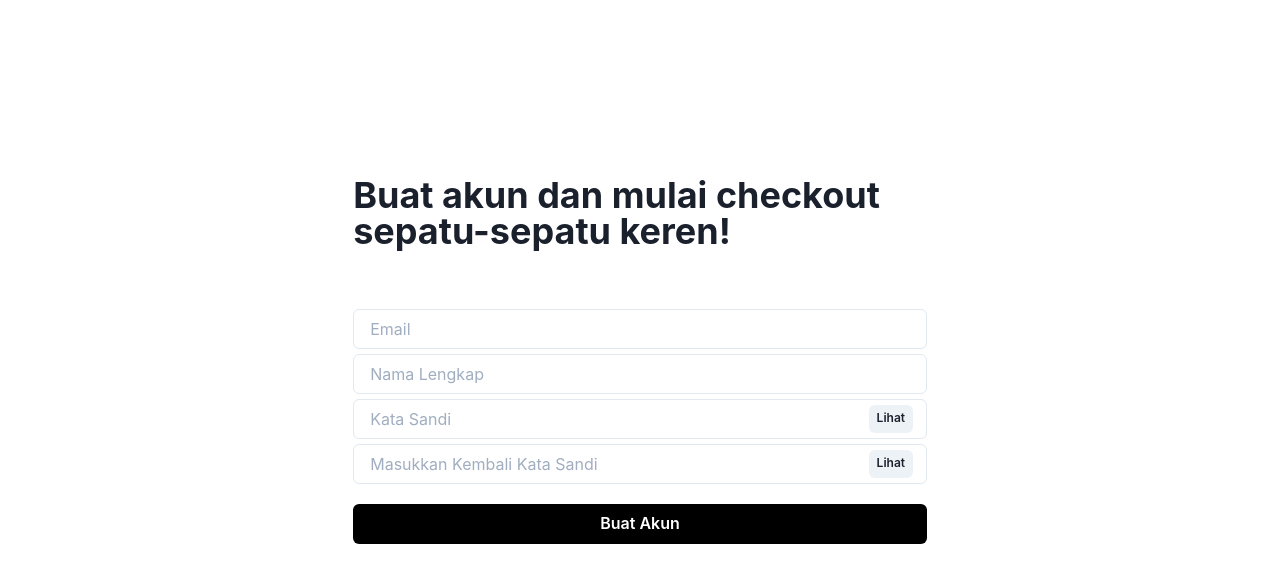
Repository: haileykwen/hanskering
Page: /
The author's editor kept a copy of each file at every save. The page is drawn from the files as they stood at one save, then again after the next save.
The browser window is 1280 px wide. The pictures show the whole page.
The project was rebuilt for these pictures with package versions that can differ from the ones it lists, and the page was loaded fresh each time. Also part of the build but not shown: src/App.css, src/pages/Signin/index.js, src/pages/Home/index.js.

Above is the page before, as saved 2021-12-10 13:24:18.

After the next save:
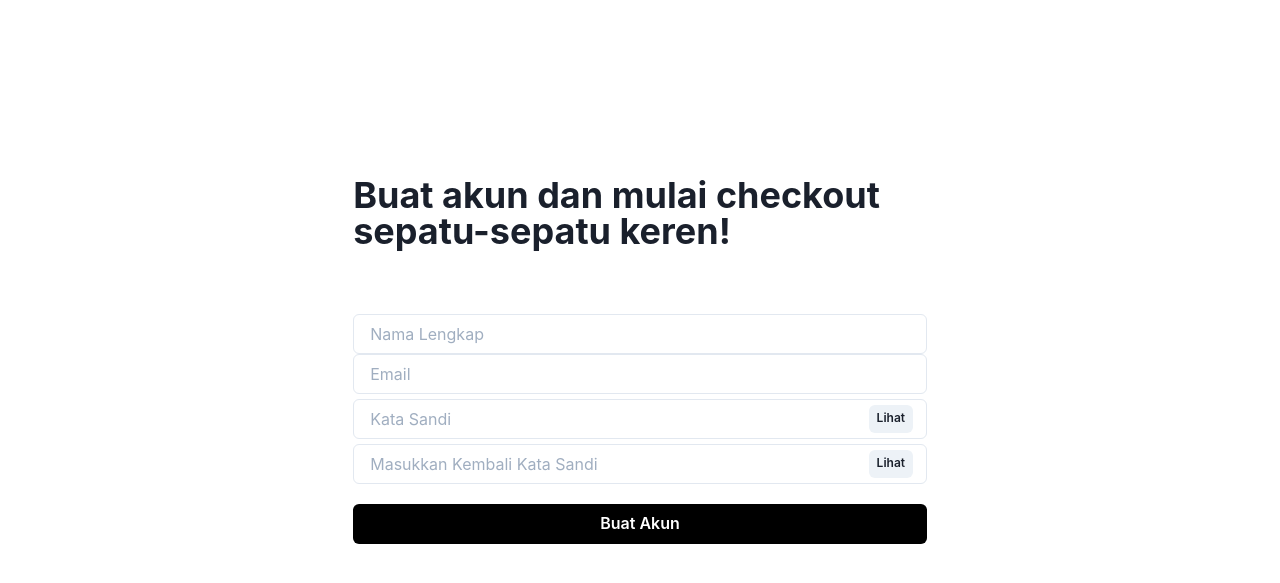
Saved 49 s later.
--- a/src/pages/Signup/index.js
+++ b/src/pages/Signup/index.js
@@ -32,8 +32,8 @@ const Signup = () => {
         <Container minH="100vh" alignItems="center" justifyContent="center" centerContent>
             <Heading marginBottom="60px" lineHeight="100%">Buat akun dan mulai checkout sepatu-sepatu keren!</Heading>
 
+            <Input name='fullname' placeholder='Nama Lengkap' marginTop="5px" focusBorderColor="black" onChange={handleChange} />
             <Input name='email' placeholder='Email' focusBorderColor="black" value={form.email} onChange={handleChange} />
-            <Input name='fullname' placeholder='Nama Lengkap' marginTop="5px" focusBorderColor="black" onChange={handleChange} />
             <InputGroup marginTop="5px">
                 <Input
                     focusBorderColor="black"
